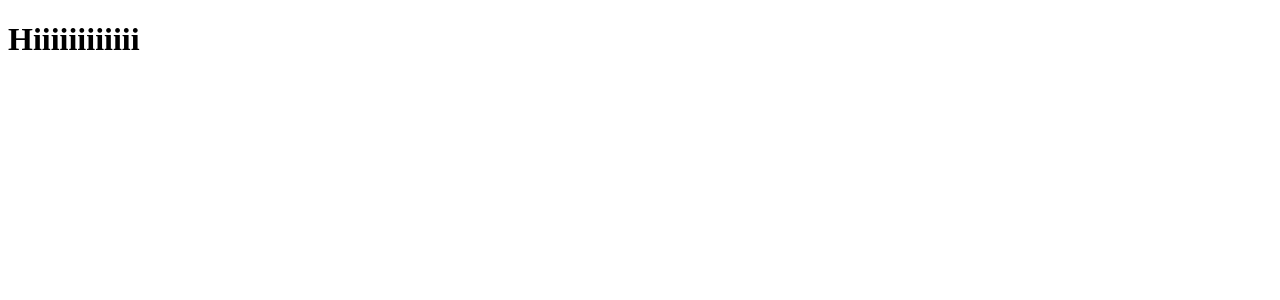
Repository: pencil-HB/SSAFY_Backend
Page: basic_servlet/src/main/webapp/my.html
The author's editor kept a copy of each file at every save. The page is drawn from the files as they stood at one save, then again after the next save.
The browser window is 1280 px wide. The pictures show the whole page.

Above is the page before, as saved 2024-09-23 00:55:49.

### basic_servlet/src/main/webapp/my.html
<!DOCTYPE html>
<html>
<head>
<meta charset="EUC-KR">
<title>Insert title here</title>
</head>
<body>
<h1>Hiiiiiiiiiiii</h1>
</body>
</html>

After the next save:
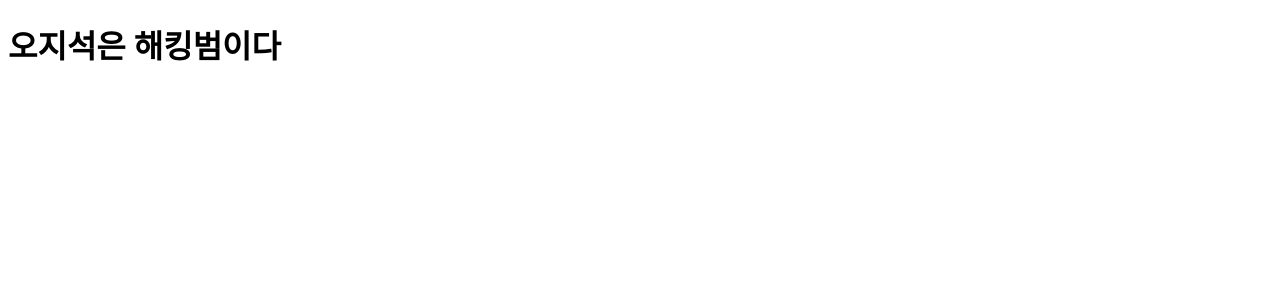
Saved 13 min 59 s later.
--- a/basic_servlet/src/main/webapp/my.html
+++ b/basic_servlet/src/main/webapp/my.html
@@ -5,6 +5,6 @@
 <title>Insert title here</title>
 </head>
 <body>
-<h1>Hiiiiiiiiiiii</h1>
+<h1>오지석은 해킹범이다</h1>
 </body>
 </html>
